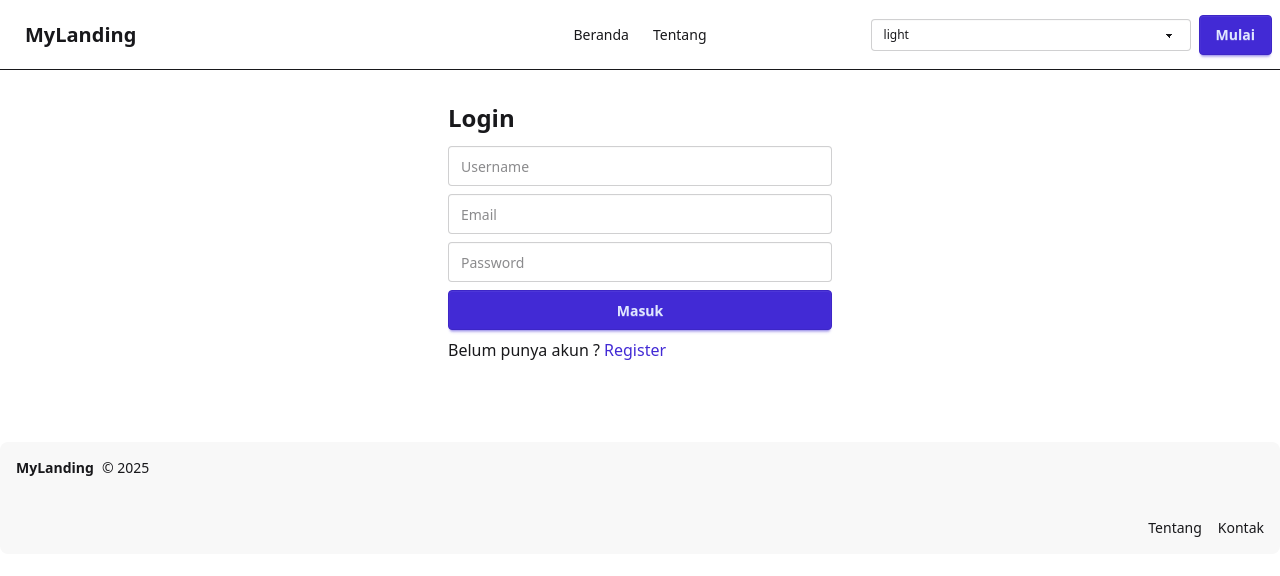
Repository: khulqu15/reactjs-learn
Page: /login (app in day3/)
An editor plug-in stored every save of this project. The page is shown before and after the next save, followed by the edit.
The browser window is 1280 px wide. The pictures show the whole page.
The project was rebuilt for these pictures with package versions that can differ from the ones it lists, and the page was loaded fresh each time. Also part of the build but not shown: day3/vite.config.js, day3/src/components/Hero.jsx, day3/src/pages/Home.jsx, day3/src/pages/About.jsx, day3/src/routes/ProtectedRoute.jsx, day3/src/pages/Register.jsx, day3/src/pages/Weather.jsx.

Above is the page before, as saved 2025-09-25 00:29:37.

### day3/src/App.jsx
import { BrowserRouter, Routes, Route } from "react-router-dom";
import DefaultLayout from "./layouts/DefaultLayout";
import Home from "./pages/Home";
import About from "./pages/About";
import AuthProvider from "./context/AuthContext";
import ProtectedRoute from "./routes/ProtectedRoute";
import Login from "./pages/Login";
import Register from "./pages/Register";
import Weather from "./pages/Weather";

export default function App() {
  return (
    <AuthProvider>
      <BrowserRouter>
        <Routes>
          <Route element={<DefaultLayout />}>
            <Route index element={<Home />} />
            <Route path="/about" element={<About />} />
            <Route path="/login" element={<Login />} />
            <Route path="/register" element={<Register />} />
            <Route path="/weather" element={
              <ProtectedRoute><Weather/></ProtectedRoute>
            } />
          </Route>
        </Routes>
      </BrowserRouter>
    </AuthProvider>
  );
}

### day3/src/layouts/DefaultLayout.jsx
import { Outlet } from "react-router-dom";
import Navbar from "../components/Navbar";
import Footer from "../components/Footer";

export default function DefaultLayout() {
  return (
    <div className="min-h-screen w-full bg-base-100 text-base-content">
      <Navbar />
      <main className="container mx-auto px-4 py-8">
        <Outlet />
      </main>
      <Footer />
    </div>
  );
}

### day3/src/context/AuthContext.jsx
import { createContext, useContext, useState } from "react";
const AuthCtx = createContext(null);
export const useAuth = () => useContext(AuthCtx);

export default function AuthProvider({ children }) {
  const [token, setToken] = useState(() => localStorage.getItem("token"));

  const login = (t) => { setToken(t); localStorage.setItem("token", t); };
  const logout = () => { setToken(null); localStorage.removeItem("token"); };

  return (
    <AuthCtx.Provider value={{ token, login, logout }}>
      {children}
    </AuthCtx.Provider>
  );
}

### day3/src/pages/Login.jsx
import { useState } from "react";
import api from "../lib/axios";
import { useAuth } from "../context/AuthContext";
import { useNavigate } from "react-router-dom";

export default function Login() {
  const [username, setUsername] = useState("");
  const [email, setEmail] = useState("");
  const [password, setPassword] = useState("");
  const [loading, setLoading] = useState(false);
  const [err, setErr] = useState("");
  const { login } = useAuth();
  const nav = useNavigate();

  async function onSubmit(e) {
    e.preventDefault(); setErr(""); setLoading(true);
    try {
      const { data } = await api.post("https://dummyjson.com/auth/login", { username, email, password }, {
        headers: {
            'x-api-key': 'reqres-free-v1',
            'Content-Type': 'application/json'
        }
      });
      login(data.token);
      nav("/weather");
    } catch (e) {
      setErr("Login gagal. Coba email/password contoh di atas.");
    } finally { setLoading(false); }
  }

  return (
    <div className="max-w-sm mx-auto space-y-3">
      <h1 className="text-2xl font-bold">Login</h1>
      <form onSubmit={onSubmit} className="space-y-2">
        <input className="input input-bordered w-full" placeholder="Username"
               value={username} onChange={e=>setUsername(e.target.value)} />
        <input className="input input-bordered w-full" placeholder="Email"
               value={email} onChange={e=>setEmail(e.target.value)} />
        <input className="input input-bordered w-full" placeholder="Password" type="password"
               value={password} onChange={e=>setPassword(e.target.value)} />
        <button className={`btn ${loading?'btn-disabled':'btn-primary'} w-full`}>
          {loading ? "..." : "Masuk"}
        </button>
        <p>Belum punya akun ? <a className="text-primary" href="/register">Register</a></p>
      </form>
      {err && <div className="alert alert-error">{err}</div>}
    </div>
  );
}

### day3/src/components/Navbar.jsx
import { useState } from "react";
import { Link, NavLink } from "react-router-dom";
import ThemeToggle from "./ThemeToggle";

export default function Navbar() {
  const [open, setOpen] = useState(false);

  const linkClass = ({ isActive }) =>
    `px-3 py-2 rounded-lg ${isActive ? "bg-base-200" : "hover:bg-base-200"}`;

  return (
    <div className="navbar bg-base-100 border-b sticky top-0 z-40">
      <div className="navbar-start">
        <div className="dropdown">
          <button className="btn btn-ghost md:hidden" onClick={() => setOpen((v) => !v)} aria-label="Toggle menu">
            ☰
          </button>
          {open && (
            <ul className="menu menu-sm dropdown-content mt-3 z-[1] p-2 shadow bg-base-100 rounded-box w-52">
              <li><NavLink to="/" onClick={() => setOpen(false)} className={linkClass}>Beranda</NavLink></li>
              <li><NavLink to="/about" onClick={() => setOpen(false)} className={linkClass}>Tentang</NavLink></li>
            </ul>
          )}
        </div>

        <Link to="/" className="btn btn-ghost text-xl">MyLanding</Link>
      </div>

      <div className="navbar-center hidden md:flex">
        <ul className="menu menu-horizontal px-1">
          <li><NavLink to="/" className={linkClass}>Beranda</NavLink></li>
          <li><NavLink to="/about" className={linkClass}>Tentang</NavLink></li>
        </ul>
      </div>

      <div className="navbar-end gap-2">
        <ThemeToggle />
        <Link to="#contact" className="btn btn-primary">Mulai</Link>
      </div>
    </div>
  );
}

### day3/src/components/Footer.jsx
import { Link } from "react-router-dom";

export default function Footer() {
  return (
    <footer className="footer items-center p-4 mt-12 bg-base-200 text-base-content rounded-box">
      <aside className="items-center grid-flow-col">
        <span className="font-semibold">MyLanding</span>
        <p>© {new Date().getFullYear()}</p>
      </aside>
      <nav className="grid-flow-col gap-4 md:place-self-center md:justify-self-end">
        <Link className="link link-hover" to="/about">Tentang</Link>
        <a className="link link-hover" href="#contact">Kontak</a>
      </nav>
    </footer>
  );
}

### day3/src/lib/axios.js
import axios from "axios";

const api = axios.create({ timeout: 10000 });

api.interceptors.request.use((config) => {
  const token = localStorage.getItem("token");
  if (token) config.headers.Authorization = `Bearer ${token}`;
  return config;
});

export default api;

### day3/src/components/ThemeToggle.jsx
import { useEffect, useState } from "react";

const THEMES = ["light", "dark", "cupcake"];

export default function ThemeToggle({ className = "" }) {
  const [theme, setTheme] = useState(() => localStorage.getItem("theme") || "light");

  useEffect(() => {
    document.documentElement.setAttribute("data-theme", theme);
    localStorage.setItem("theme", theme);
  }, [theme]);

  return (
    <select
      className={`select select-bordered select-sm ${className}`}
      value={theme}
      onChange={(e) => setTheme(e.target.value)}
      aria-label="Pilih tema"
    >
      {THEMES.map((t) => (
        <option key={t} value={t}>{t}</option>
      ))}
    </select>
  );
}

Loaded but not shown: day3/index.html (common file); day3/src/main.jsx (common file); day3/src/index.css (common file)

After the next save:
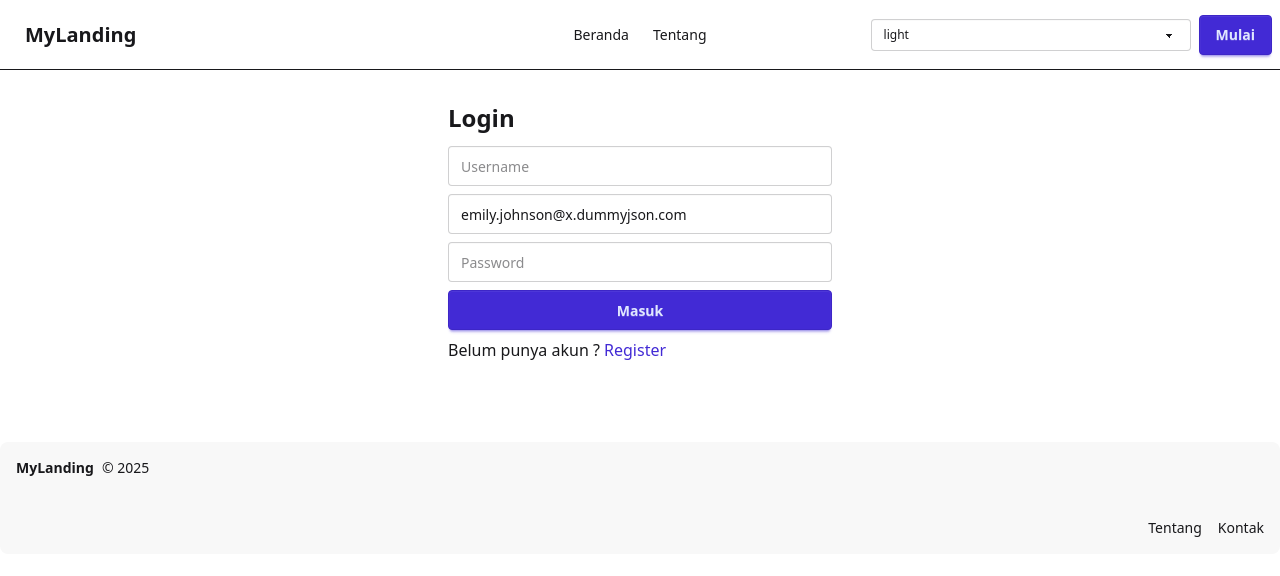
Saved 3 min 7 s later.
--- a/day3/src/pages/Login.jsx
+++ b/day3/src/pages/Login.jsx
@@ -5,7 +5,7 @@ import { useNavigate } from "react-router-dom";
 
 export default function Login() {
   const [username, setUsername] = useState("");
-  const [email, setEmail] = useState("");
+  const [email, setEmail] = useState("emily.johnson@x.dummyjson.com");
   const [password, setPassword] = useState("");
   const [loading, setLoading] = useState(false);
   const [err, setErr] = useState("");
